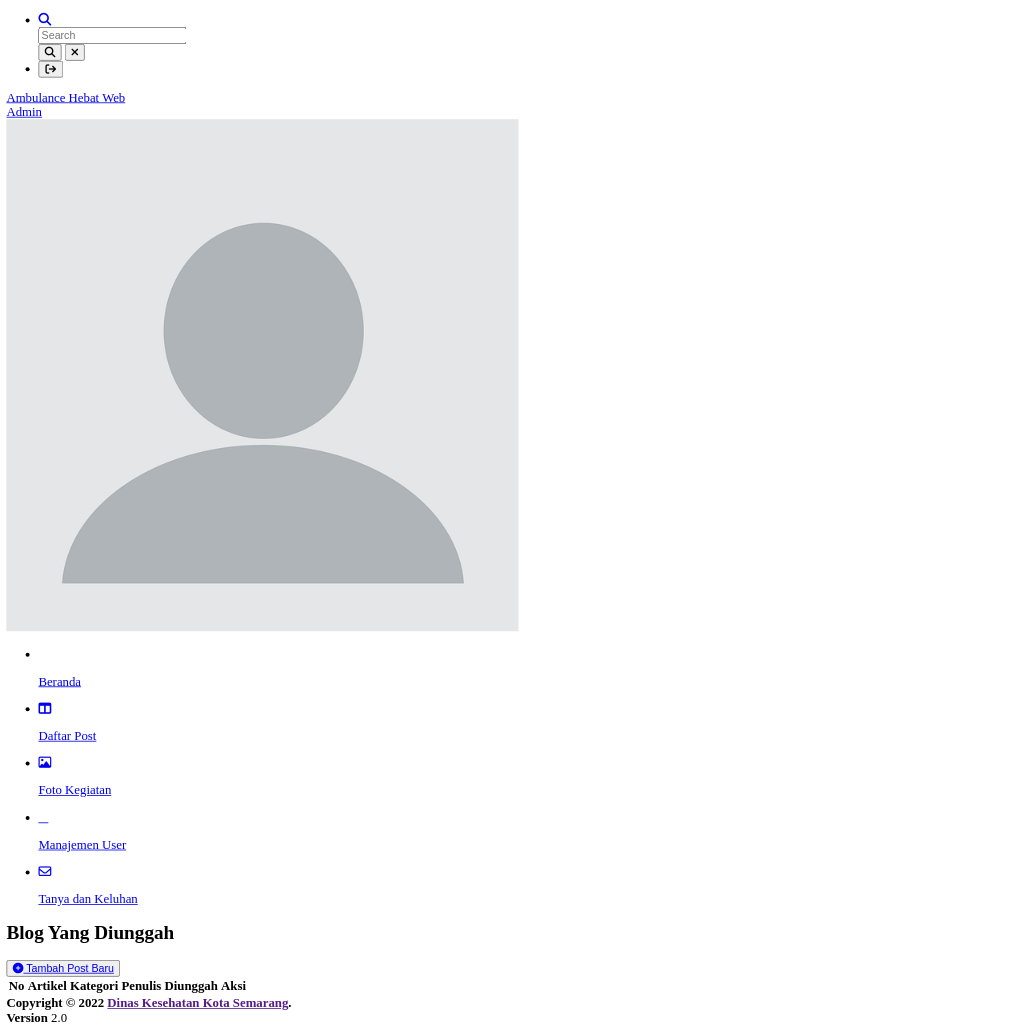
Repository: roningrum/admin-aha
Page: resources/views/dashboard/post/posts.blade.php
The author's editor kept a copy of each file at every save. The page is drawn from the files as they stood at one save, then again after the next save.
The browser window is 1280 px wide. The pictures show the whole page, at 80% of full size.
Some icons come from a web library that is not loaded, so they are not drawn. Some web fonts or font styles are not loaded; a fallback is used. Some web libraries are served in a nearby version. The page is served by the project's Laravel application, run on PHP 8.4 with Laravel 8. The template is opened directly, without the code that normally fills it, so the values that code supplies are empty.

Above is the page before, as saved 2022-11-23 15:25:17.
Console error: ReferenceError: $ is not defined

After the next save:
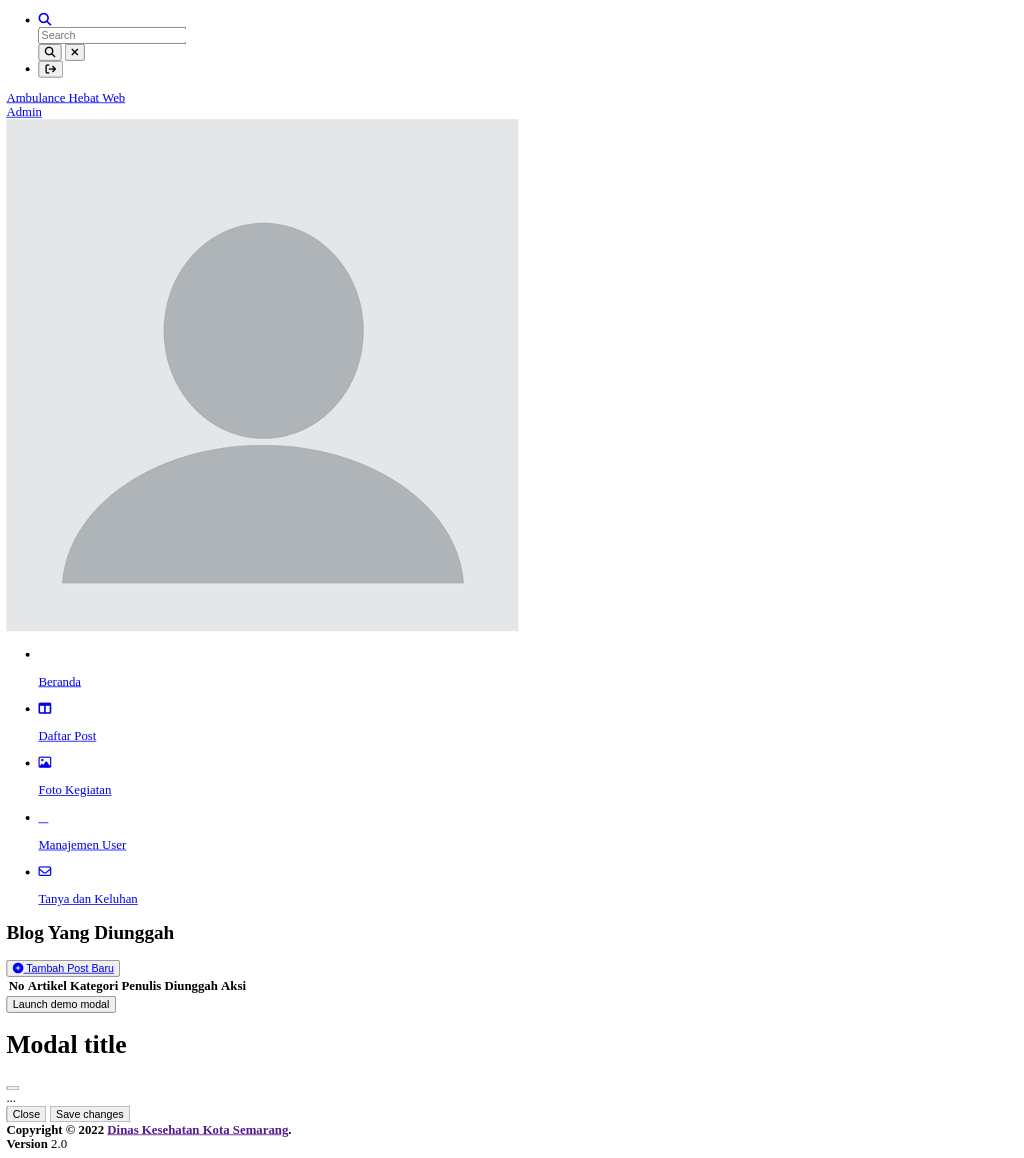
Saved 4 min 28 s later.
--- a/resources/views/dashboard/post/posts.blade.php
+++ b/resources/views/dashboard/post/posts.blade.php
@@ -68,6 +68,30 @@
             </div><!-- /.container-fluid -->
         </section>
 
+        <!-- Button trigger modal -->
+<button type="button" class="btn btn-primary" data-bs-toggle="modal" data-bs-target="#exampleModal">
+    Launch demo modal
+  </button>
+
+  <!-- Modal -->
+  <div class="modal fade" id="exampleModal" tabindex="-1" aria-labelledby="exampleModalLabel" aria-hidden="true">
+    <div class="modal-dialog">
+      <div class="modal-content">
+        <div class="modal-header">
+          <h1 class="modal-title fs-5" id="exampleModalLabel">Modal title</h1>
+          <button type="button" class="btn-close" data-bs-dismiss="modal" aria-label="Close"></button>
+        </div>
+        <div class="modal-body">
+          ...
+        </div>
+        <div class="modal-footer">
+          <button type="button" class="btn btn-secondary" data-bs-dismiss="modal">Close</button>
+          <button type="button" class="btn btn-primary">Save changes</button>
+        </div>
+      </div>
+    </div>
+  </div>
+
     </div>
     <script>
         $(document).ready(function() {
